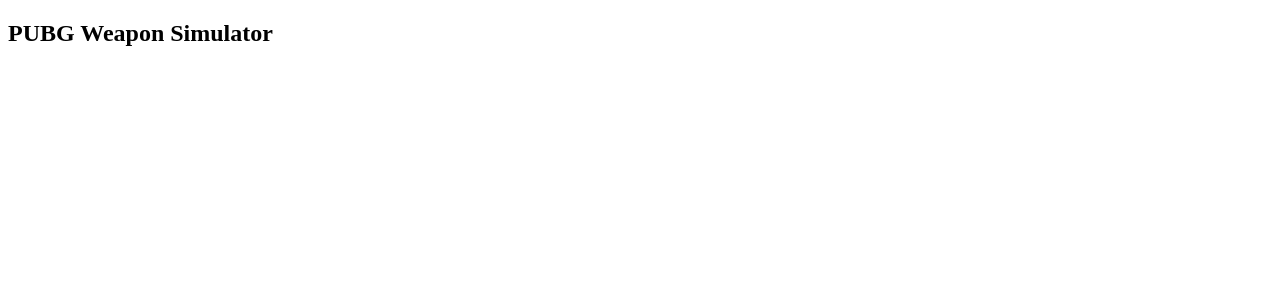
Repository: Tak-kuen/18-2
Page: http://localhost/1501163-report1/1_Start.jsp
The author's editor kept a copy of each file at every save. The page is drawn from the files as they stood at one save, then again after the next save.
The browser window is 1280 px wide. The pictures show the whole page.
The page is served by Tomcat 9.

Above is the page before, as saved 2018-09-07 04:17:37.

### code/1501163-report1/WebContent/1_Start.jsp
<%@ page language="java" contentType="text/html; charset=UTF-8"
    pageEncoding="UTF-8"%>
<!DOCTYPE html>
<html>
<head>
<meta charset="UTF-8">
<title>1501163_firstpage</title>
</head>
<body>
<h2>PUBG Weapon Simulator</h2>
</body>
</html>

After the next save:
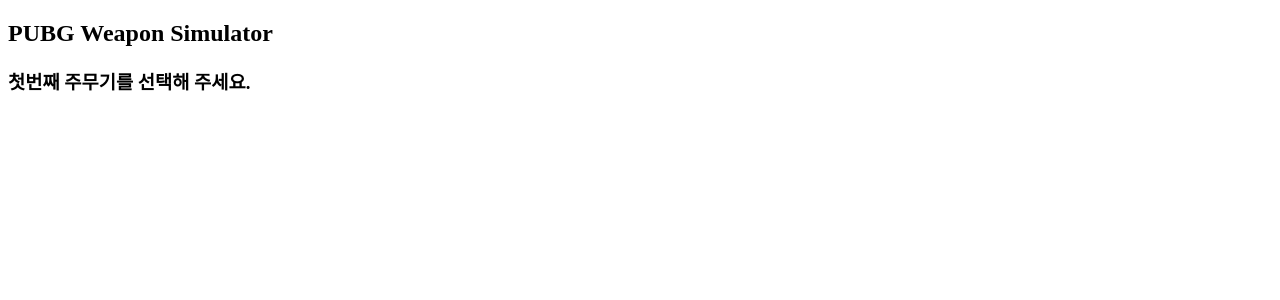
Saved 43 s later.
--- a/code/1501163-report1/WebContent/1_Start.jsp
+++ b/code/1501163-report1/WebContent/1_Start.jsp
@@ -8,5 +8,7 @@
 </head>
 <body>
 <h2>PUBG Weapon Simulator</h2>
+<h3>첫번째 주무기를 선택해 주세요.</h3>
+
 </body>
 </html>
